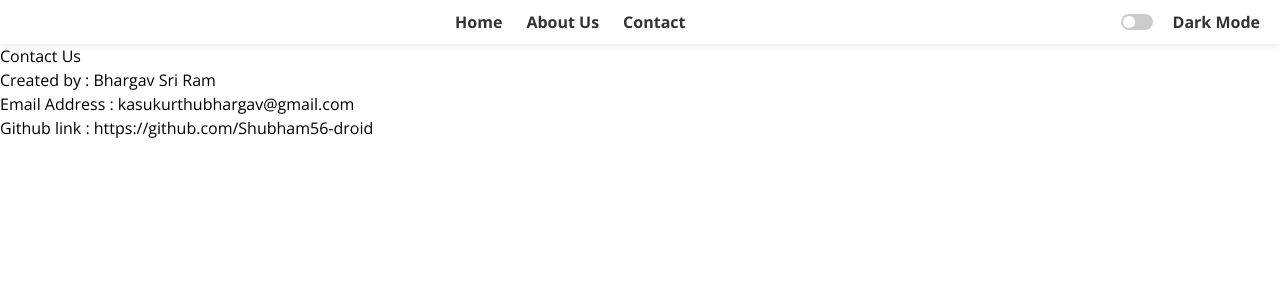
Repository: sriram1224/Text-converter
Page: /contact
The author's editor kept a copy of each file at every save. The page is drawn from the files as they stood at one save, then again after the next save.
The browser window is 1280 px wide. The pictures show the whole page.
The project was rebuilt for these pictures with package versions that can differ from the ones it lists, and the page was loaded fresh each time. Also part of the build but not shown: src/Home.css, src/Home.jsx, src/about.css, src/About.jsx.

Above is the page before, as saved 2024-03-27 16:27:50.

After the next save:
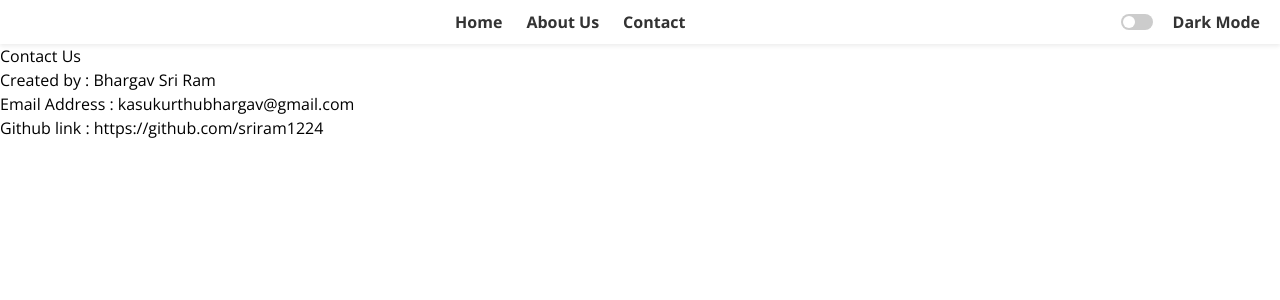
Saved 43 s later.
--- a/src/Contact.jsx
+++ b/src/Contact.jsx
@@ -7,7 +7,7 @@ export default function Contact({isDarkMode}) {
         <h1> Contact Us</h1>
         <p>Created by : Bhargav Sri Ram</p>
         <p>Email Address : kasukurthubhargav@gmail.com</p>
-        <p>Github link : https://github.com/Shubham56-droid</p>
+        <p>Github link : https://github.com/sriram1224</p>
       </div>
     </div>
   )
